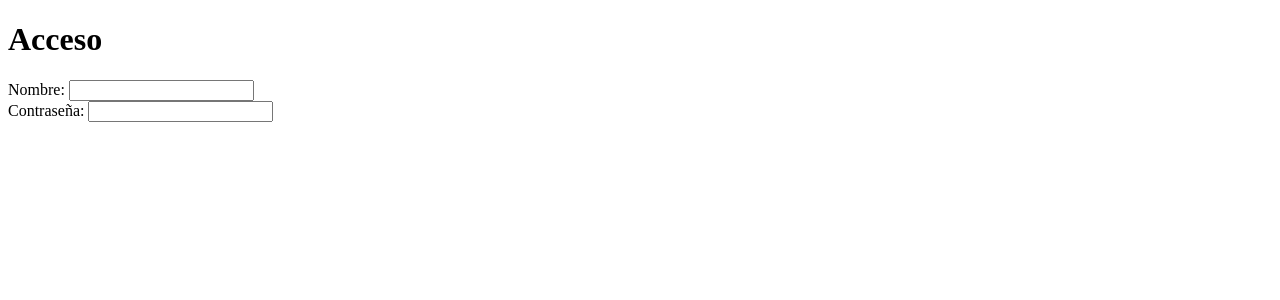
Repository: MateoSantander/Ejercicios4y5
Page: Ejercicio_4/src/main/webapp/login.html
These files come from the project's save history. The page is drawn as it stood at one moment and after the next save; the edit follows.
The browser window is 1280 px wide. The pictures show the whole page.

Above is the page before, as saved 2022-03-16 12:12:39.

After the next save:
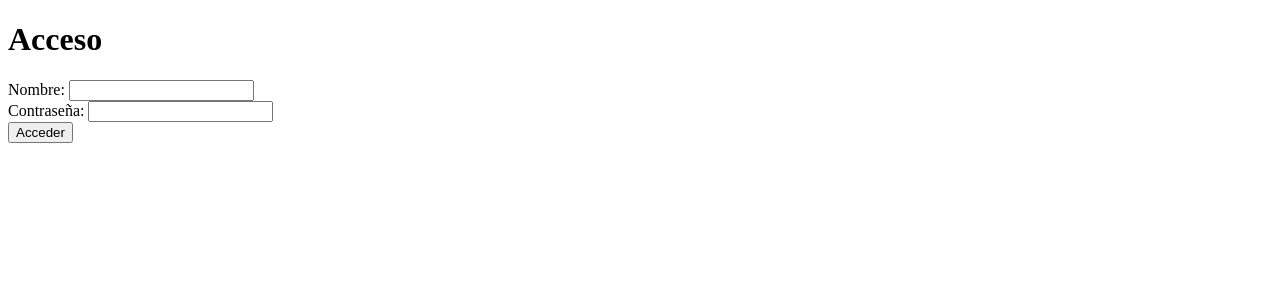
Saved 2 min 37 s later.
--- a/Ejercicio_4/src/main/webapp/login.html
+++ b/Ejercicio_4/src/main/webapp/login.html
@@ -10,6 +10,8 @@
 			Nombre: <input type="text" name="username"/>
 			<br/>
 			Contraseña: <input type="password" name="password"/>
+			<br/>
+			<input type="submit" value="Acceder">
 		</form>
 </body>
 </html>
